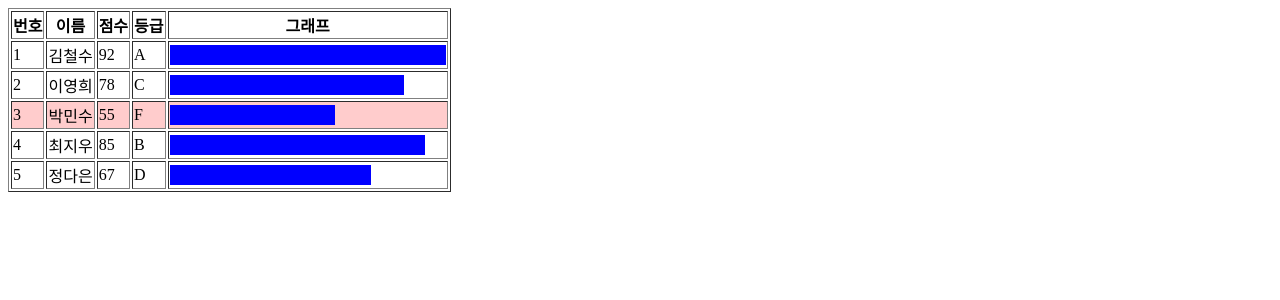
Repository: tldnwkd/jspclass2026
Page: http://localhost/chapter01/example_score.jsp
These files come from the project's save history. The page is drawn as it stood at one moment and after the next save; the edit follows.
The browser window is 1280 px wide. The pictures show the whole page.
The page is served by Tomcat 9.

Above is the page before, as saved 2026-10-16 05:34:46.

### chapter01/src/main/webapp/example_score.jsp
<%@ page language="java" contentType="text/html; charset=UTF-8"
    pageEncoding="UTF-8" import="java.util.*"%>
<!DOCTYPE html>
<html>
<head>
<meta charset="UTF-8">
<title>Insert title here</title>
</head>
<body>
	<%!
		String[] names = {"김철수", "이영희", "박민수", "최지우", "정다은"};
		int[] scores = {92, 78, 55, 85, 67};

		 public char getGrade(int score){
			 char result;
			 if(score>=90){
				 result = 'A';
			 }else if(score>=80){
				 result = 'B';
			 }else if(score>=70){
				 result = 'C';
			 }else if(score>=60){
				 result = 'D';
			 }else{
				 result = 'F';
			 }
			 return result;
		 };
	%>
	<table border="1">
	<tr>
	<th>번호</th><th>이름</th><th>점수</th><th>등급</th><th>그래프</th>
	</tr>
	<tr >
	<% for(int i=0; i<names.length; i++) {%>
		<%if(scores[i]<=60){%>
			<td style="background:#ffcccc"><%=i+1%></td>
			<td style="background:#ffcccc"><%= names[i] %></td>
			<td style="background:#ffcccc"><%=scores[i]%></td>
			<td style="background:#ffcccc"><%= getGrade(scores[i]) %></td>
			<td style="background:#ffcccc"><div style="width:<%=scores[i]*3%>px; background-color:blue; height:20px;"></div></td>
			</tr>
		<%}else{%>
		<td><%=i+1%></td>
		<td><%= names[i] %></td>
		<td><%=scores[i]%></td>
		<td><%= getGrade(scores[i]) %></td>
		<td><div style="width:<%=scores[i]*3%>px; background-color:blue; height:20px;"></div></td>
		</tr>
		<%}%>
	<%} %>
	</table>
</body>
</html>

After the next save:
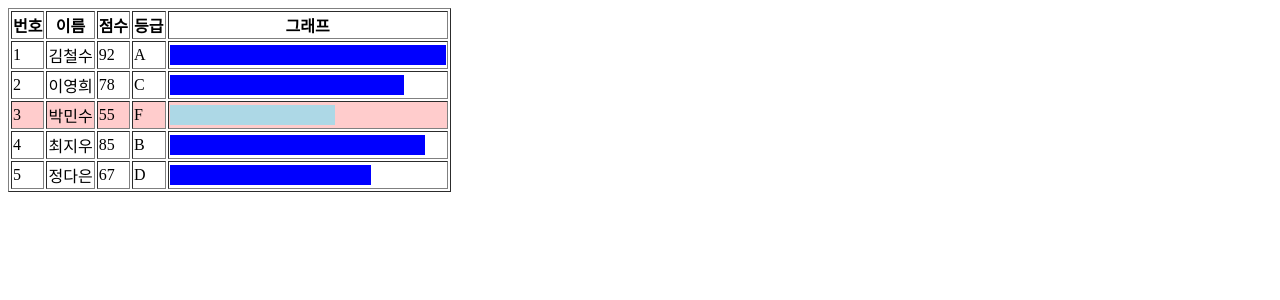
Saved 89 s later.
--- a/chapter01/src/main/webapp/example_score.jsp
+++ b/chapter01/src/main/webapp/example_score.jsp
@@ -38,7 +38,7 @@
 			<td style="background:#ffcccc"><%= names[i] %></td>
 			<td style="background:#ffcccc"><%=scores[i]%></td>
 			<td style="background:#ffcccc"><%= getGrade(scores[i]) %></td>
-			<td style="background:#ffcccc"><div style="width:<%=scores[i]*3%>px; background-color:blue; height:20px;"></div></td>
+			<td style="background:#ffcccc"><div style="width:<%=scores[i]*3%>px; background-color:lightblue; height:20px;"></div></td>
 			</tr>
 		<%}else{%>
 		<td><%=i+1%></td>
